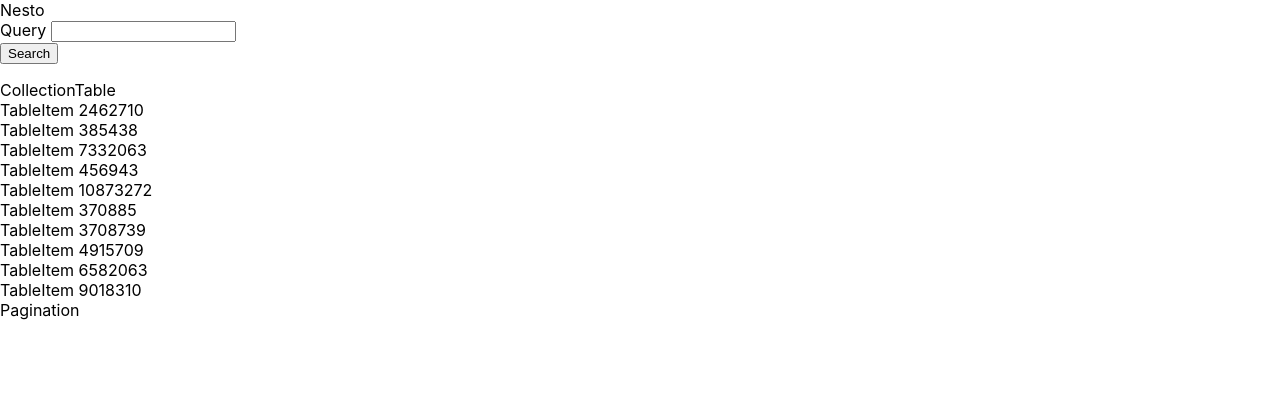
Repository: ivan-baljkas/pristupni_zadatak
Page: / (app in frontend/react-akademija-master/)
These files come from the project's save history. The page is drawn as it stood at one moment and after the next save; the edit follows.
The browser window is 1280 px wide. The pictures show the whole page.
The project was rebuilt for these pictures with package versions that can differ from the ones it lists, and the page was loaded fresh each time.

Above is the page before, as saved 2021-07-21 12:46:44.

### frontend/react-akademija-master/src/App.js
import React from "react";
import { SearchForm } from "./components/SearchForm";
import { CollectionTable } from "./components/CollectionTable";
import { TableItem } from "./components/TableItem";
import { Pagination } from "./components/Pagination";
import data from "./data.json";

const App = () => {
  console.log(data);

  return (
    <div>
      <header>
        Nesto
      </header>
        <SearchForm/>
        <CollectionTable/>
        {data.releases.map(release=>(
          <TableItem id={release.id}/>
        ))}
        <Pagination/>
    </div>
  );
};

export default App;

### frontend/react-akademija-master/src/components/SearchForm.jsx
import React, { Component } from 'react'

export const SearchForm = (props) =>{

    return(
        <div>
            <div>
                <label htmlFor="query">Query </label>
                <input type="text" id="query"/>
            </div>
            <div>
                <button type="button">Search</button>
                <p>{props.children}</p>
            </div>

        </div>
    );
};

### frontend/react-akademija-master/src/components/CollectionTable.jsx
import React, { Component } from 'react'

export const CollectionTable = (props) =>{

    return(
        <div>
            CollectionTable
        </div>
    );
};

### frontend/react-akademija-master/src/components/TableItem.jsx
import React, { Component } from 'react'

export const TableItem = (props) =>{

    return(
        <div>
            TableItem {props.id}
        </div>
    );
};

### frontend/react-akademija-master/src/components/Pagination.jsx
import React, { Component } from 'react'

export const Pagination = (props) =>{

    return(
        <div>
            Pagination
        </div>
    );
};

### frontend/react-akademija-master/src/data.json
{
  "pagination": {
    "page": 1,
    "pages": 26,
    "per_page": 10,
    "items": 255,
    "urls": {
      "first": "https://api.discogs.com/users/adrianmusiccollector/collection/folders/0/releases?per_page=10&page=1",
      "last": "https://api.discogs.com/users/adrianmusiccollector/collection/folders/0/releases?per_page=10&page=26",
      "prev": "https://api.discogs.com/users/adrianmusiccollector/collection/folders/0/releases?per_page=10&page=1",
      "next": "https://api.discogs.com/users/adrianmusiccollector/collection/folders/0/releases?per_page=10&page=3"
    }
  },
  "releases": [
    {
      "id": 2462710,
      "instance_id": 495199692,
      "date_added": "2020-08-04T08:57:28-07:00",
      "rating": 0,
      "basic_information": {
        "id": 2462710,
        "master_id": 28197,
        "master_url": "https://api.discogs.com/masters/28197",
        "resource_url": "https://api.discogs.com/releases/2462710",
        "thumb": "",
        "cover_image": "",
        "title": "Danzig III: How The Gods Kill",
        "year": 0,
        "formats": [
          { "name": "CD", "qty": "1", "descriptions": ["Album", "Reissue"] }
        ],
        "labels": [
          {
            "name": "American Recordings",
            "catno": "491785 2",
            "entity_type": "1",
            "entity_type_name": "Label",
            "id": 2569,
            "resource_url": "https://api.discogs.com/labels/2569"
          },
          {
            "name": "Columbia",
            "catno": "02-491785-10",
            "entity_type": "1",
            "entity_type_name": "Label",
            "id": 1866,
            "resource_url": "https://api.discogs.com/labels/1866"
          }
        ],
        "artists": [
          {
            "name": "Danzig",
            "anv": "",
            "join": "",
            "role": "",
            "tracks": "",
            "id": 217411,
            "resource_url": "https://api.discogs.com/artists/217411"
          }
        ],
        "genres": ["Rock"],
        "styles": ["Blues Rock", "Hard Rock", "Heavy Metal"]
      }
    },
    {
      "id": 385438,
      "instance_id": 495284040,
      "date_added": "2020-08-04T15:46:56-07:00",
      "rating": 0,
      "basic_information": {
        "id": 385438,
        "master_id": 8636,
        "master_url": "https://api.discogs.com/masters/8636",
        "resource_url": "https://api.discogs.com/releases/385438",
        "thumb": "",
        "cover_image": "",
        "title": "For Those About To Rock We Salute You",
        "year": 1994,
        "formats": [
          {
            "name": "CD",
            "qty": "1",
            "descriptions": ["Album", "Reissue", "Remastered"]
          }
        ],
        "labels": [
          {
            "name": "ATCO Records",
            "catno": "7567-92412-2",
            "entity_type": "1",
            "entity_type_name": "Label",
            "id": 3820,
            "resource_url": "https://api.discogs.com/labels/3820"
          }
        ],
        "artists": [
          {
            "name": "AC/DC",
            "anv": "",
            "join": "",
            "role": "",
            "tracks": "",
            "id": 84752,
            "resource_url": "https://api.discogs.com/artists/84752"
          }
        ],
        "genres": ["Rock"],
        "styles": ["Hard Rock"]
      }
    },
    {
      "id": 7332063,
      "instance_id": 495260051,
      "date_added": "2020-08-04T14:14:50-07:00",
      "rating": 0,
      "basic_information": {
        "id": 7332063,
        "master_id": 8580,
        "master_url": "https://api.discogs.com/masters/8580",
        "resource_url": "https://api.discogs.com/releases/7332063",
        "thumb": "",
        "cover_image": "",
        "title": "Live",
        "year": 0,
        "formats": [
          { "name": "CD", "qty": "2", "descriptions": ["Album", "Reissue"] }
        ],
        "labels": [
          {
            "name": "ATCO Records",
            "catno": "7567-92212-2",
            "entity_type": "1",
            "entity_type_name": "Label",
            "id": 3820,
            "resource_url": "https://api.discogs.com/labels/3820"
          },
          {
            "name": "Albert Productions",
            "catno": "7567-92212-2",
            "entity_type": "1",
            "entity_type_name": "Label",
            "id": 33440,
            "resource_url": "https://api.discogs.com/labels/33440"
          }
        ],
        "artists": [
          {
            "name": "AC/DC",
            "anv": "",
            "join": "",
            "role": "",
            "tracks": "",
            "id": 84752,
            "resource_url": "https://api.discogs.com/artists/84752"
          }
        ],
        "genres": ["Rock"],
        "styles": ["Hard Rock", "Rock & Roll"]
      }
    },
    {
      "id": 456943,
      "instance_id": 495284592,
      "date_added": "2020-08-04T15:48:52-07:00",
      "rating": 0,
      "basic_information": {
        "id": 456943,
        "master_id": 8437,
        "master_url": "https://api.discogs.com/masters/8437",
        "resource_url": "https://api.discogs.com/releases/456943",
        "thumb": "",
        "cover_image": "",
        "title": "High Voltage",
        "year": 1994,
        "formats": [
          {
            "name": "CD",
            "qty": "1",
            "descriptions": ["Album", "Reissue", "Remastered"]
          }
        ],
        "labels": [
          {
            "name": "ATCO Records",
            "catno": "7567-92413-2",
            "entity_type": "1",
            "entity_type_name": "Label",
            "id": 3820,
            "resource_url": "https://api.discogs.com/labels/3820"
          },
          {
            "name": "ATCO Records",
            "catno": "92413-2",
            "entity_type": "1",
            "entity_type_name": "Label",
            "id": 3820,
            "resource_url": "https://api.discogs.com/labels/3820"
          }
        ],
        "artists": [
          {
            "name": "AC/DC",
            "anv": "",
            "join": "",
            "role": "",
            "tracks": "",
            "id": 84752,
            "resource_url": "https://api.discogs.com/artists/84752"
          }
        ],
        "genres": ["Rock"],
        "styles": ["Hard Rock"]
      }
    },
    {
      "id": 10873272,
      "instance_id": 719463895,
      "date_added": "2021-05-31T11:07:58-07:00",
      "rating": 0,
      "basic_information": {
        "id": 10873272,
        "master_id": 315130,
        "master_url": "https://api.discogs.com/masters/315130",
        "resource_url": "https://api.discogs.com/releases/10873272",
        "thumb": "",
        "cover_image": "",
        "title": "Lightning Strikes",
        "year": 1986,
        "formats": [{ "name": "CD", "qty": "1", "descriptions": ["Album"] }],
        "labels": [
          {
            "name": "ATCO Records",
            "catno": "790 512-2",
            "entity_type": "1",
            "entity_type_name": "Label",
            "id": 3820,
            "resource_url": "https://api.discogs.com/labels/3820"
          },
          {
            "name": "ATCO Records",
            "catno": "90512-2",
            "entity_type": "1",
            "entity_type_name": "Label",
            "id": 3820,
            "resource_url": "https://api.discogs.com/labels/3820"
          }
        ],
        "artists": [
          {
            "name": "Loudness (5)",
            "anv": "",
            "join": "",
            "role": "",
            "tracks": "",
            "id": 594808,
            "resource_url": "https://api.discogs.com/artists/594808"
          }
        ],
        "genres": ["Rock"],
        "styles": ["Hard Rock", "Heavy Metal"]
      }
    },
    {
      "id": 370885,
      "instance_id": 495193819,
      "date_added": "2020-08-04T08:15:48-07:00",
      "rating": 0,
      "basic_information": {
        "id": 370885,
        "master_id": 8670,
        "master_url": "https://api.discogs.com/masters/8670",
        "resource_url": "https://api.discogs.com/releases/370885",
        "thumb": "",
        "cover_image": "",
        "title": "The Razors Edge",
        "year": 1990,
        "formats": [{ "name": "CD", "qty": "1", "descriptions": ["Album"] }],
        "labels": [
          {
            "name": "ATCO Records",
            "catno": "7567-91413-2",
            "entity_type": "1",
            "entity_type_name": "Label",
            "id": 3820,
            "resource_url": "https://api.discogs.com/labels/3820"
          },
          {
            "name": "ATCO Records",
            "catno": "7567-91413-2 YS",
            "entity_type": "1",
            "entity_type_name": "Label",
            "id": 3820,
            "resource_url": "https://api.discogs.com/labels/3820"
          },
          {
            "name": "Albert Productions",
            "catno": "7567-91413-2",
            "entity_type": "1",
            "entity_type_name": "Label",
            "id": 33440,
            "resource_url": "https://api.discogs.com/labels/33440"
          },
          {
            "name": "Albert Productions",
            "catno": "7567-91413-2 YS",
            "entity_type": "1",
            "entity_type_name": "Label",
            "id": 33440,
            "resource_url": "https://api.discogs.com/labels/33440"
          }
        ],
        "artists": [
          {
            "name": "AC/DC",
            "anv": "",
            "join": "",
            "role": "",
            "tracks": "",
            "id": 84752,
            "resource_url": "https://api.discogs.com/artists/84752"
          }
        ],
        "genres": ["Rock"],
        "styles": ["Hard Rock"]
      }
    },
    {
      "id": 3708739,
      "instance_id": 659792917,
      "date_added": "2021-04-01T02:51:07-07:00",
      "rating": 0,
      "basic_information": {
        "id": 3708739,
        "master_id": 451115,
        "master_url": "https://api.discogs.com/masters/451115",
        "resource_url": "https://api.discogs.com/releases/3708739",
        "thumb": "",
        "cover_image": "",
        "title": "Loudness",
        "year": 1992,
        "formats": [{ "name": "CD", "qty": "1", "descriptions": ["Album"] }],
        "labels": [
          {
            "name": "ATCO Records",
            "catno": "WPCL-657",
            "entity_type": "1",
            "entity_type_name": "Label",
            "id": 3820,
            "resource_url": "https://api.discogs.com/labels/3820"
          },
          {
            "name": "Warner Music Japan",
            "catno": "WPCL-657",
            "entity_type": "1",
            "entity_type_name": "Label",
            "id": 52253,
            "resource_url": "https://api.discogs.com/labels/52253"
          }
        ],
        "artists": [
          {
            "name": "Loudness (5)",
            "anv": "",
            "join": "",
            "role": "",
            "tracks": "",
            "id": 594808,
            "resource_url": "https://api.discogs.com/artists/594808"
          }
        ],
        "genres": ["Rock"],
        "styles": ["Speed Metal", "Hard Rock", "Heavy Metal"]
      }
    },
    {
      "id": 4915709,
      "instance_id": 495258801,
      "date_added": "2020-08-04T14:09:39-07:00",
      "rating": 0,
      "basic_information": {
        "id": 4915709,
        "master_id": 578071,
        "master_url": "https://api.discogs.com/masters/578071",
        "resource_url": "https://api.discogs.com/releases/4915709",
        "thumb": "",
        "cover_image": "",
        "title": "Operation Mindcrime + Queen Of The Reich ",
        "year": 1999,
        "formats": [
          {
            "name": "CD",
            "qty": "2",
            "text": "Media book",
            "descriptions": [
              "Compilation",
              "Deluxe Edition",
              "Reissue",
              "Remastered"
            ]
          }
        ],
        "labels": [
          {
            "name": "Axe Killer Records",
            "catno": "3052182",
            "entity_type": "1",
            "entity_type_name": "Label",
            "id": 83934,
            "resource_url": "https://api.discogs.com/labels/83934"
          },
          {
            "name": "Axe Killer Records",
            "catno": "Wag 351",
            "entity_type": "1",
            "entity_type_name": "Label",
            "id": 83934,
            "resource_url": "https://api.discogs.com/labels/83934"
          }
        ],
        "artists": [
          {
            "name": "Queensr\u00ffche",
            "anv": "",
            "join": "",
            "role": "",
            "tracks": "",
            "id": 255363,
            "resource_url": "https://api.discogs.com/artists/255363"
          }
        ],
        "genres": ["Rock"],
        "styles": ["Heavy Metal"]
      }
    },
    {
      "id": 6582063,
      "instance_id": 495262219,
      "date_added": "2020-08-04T14:24:02-07:00",
      "rating": 0,
      "basic_information": {
        "id": 6582063,
        "master_id": 29521,
        "master_url": "https://api.discogs.com/masters/29521",
        "resource_url": "https://api.discogs.com/releases/6582063",
        "thumb": "",
        "cover_image": "",
        "title": "Metal Heart",
        "year": 0,
        "formats": [
          {
            "name": "CD",
            "qty": "1",
            "descriptions": ["Album", "Reissue", "Remastered", "Repress"]
          }
        ],
        "labels": [
          {
            "name": "BMG",
            "catno": "74321 93213 2",
            "entity_type": "1",
            "entity_type_name": "Label",
            "id": 1003,
            "resource_url": "https://api.discogs.com/labels/1003"
          },
          {
            "name": "RCA",
            "catno": "74321 93213 2",
            "entity_type": "1",
            "entity_type_name": "Label",
            "id": 895,
            "resource_url": "https://api.discogs.com/labels/895"
          },
          {
            "name": "Musicline.de",
            "catno": "74321 93213 2",
            "entity_type": "1",
            "entity_type_name": "Label",
            "id": 651772,
            "resource_url": "https://api.discogs.com/labels/651772"
          }
        ],
        "artists": [
          {
            "name": "Accept",
            "anv": "",
            "join": "",
            "role": "",
            "tracks": "",
            "id": 271475,
            "resource_url": "https://api.discogs.com/artists/271475"
          }
        ],
        "genres": ["Rock"],
        "styles": ["Heavy Metal"]
      }
    },
    {
      "id": 9018310,
      "instance_id": 495282966,
      "date_added": "2020-08-04T15:43:26-07:00",
      "rating": 0,
      "basic_information": {
        "id": 9018310,
        "master_id": 4844,
        "master_url": "https://api.discogs.com/masters/4844",
        "resource_url": "https://api.discogs.com/releases/9018310",
        "thumb": "",
        "cover_image": "",
        "title": "Master Of Reality",
        "year": 2014,
        "formats": [
          {
            "name": "CD",
            "qty": "1",
            "text": "Digipak",
            "descriptions": ["Album", "Reissue", "Remastered"]
          }
        ],
        "labels": [
          {
            "name": "BMG",
            "catno": "2730325",
            "entity_type": "1",
            "entity_type_name": "Label",
            "id": 1003,
            "resource_url": "https://api.discogs.com/labels/1003"
          },
          {
            "name": "Sanctuary",
            "catno": "2730325",
            "entity_type": "1",
            "entity_type_name": "Label",
            "id": 28233,
            "resource_url": "https://api.discogs.com/labels/28233"
          }
        ],
        "artists": [
          {
            "name": "Black Sabbath",
            "anv": "",
            "join": "",
            "role": "",
            "tracks": "",
            "id": 144998,
            "resource_url": "https://api.discogs.com/artists/144998"
          }
        ],
        "genres": ["Rock"],
        "styles": ["Hard Rock", "Heavy Metal"]
      }
    }
  ]
}

Loaded but not shown: frontend/react-akademija-master/public/index.html (common file); frontend/react-akademija-master/src/index.js (common file); frontend/react-akademija-master/src/index.css (common file); frontend/react-akademija-master/src/reportWebVitals.js (common file)

After the next save:
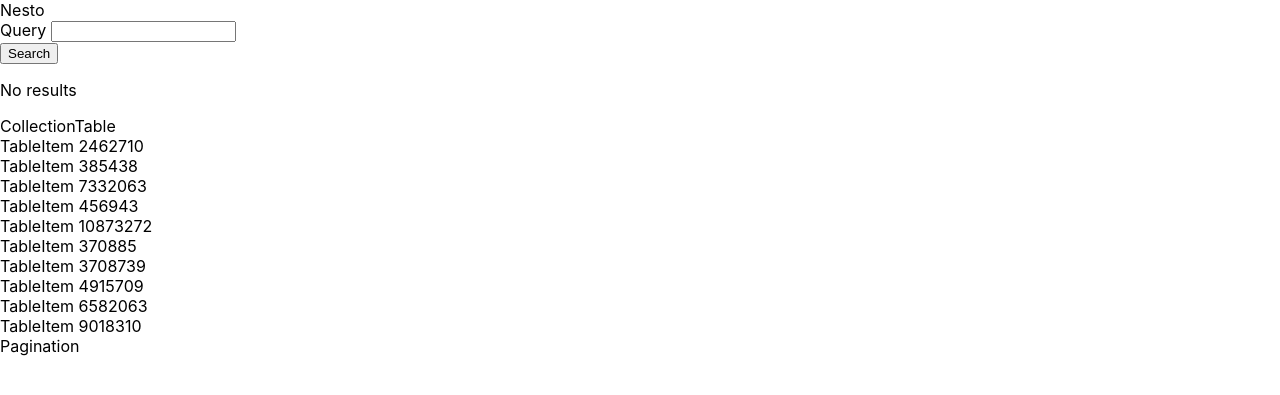
Saved 26 s later.
--- a/frontend/react-akademija-master/src/App.js
+++ b/frontend/react-akademija-master/src/App.js
@@ -13,7 +13,9 @@ const App = () => {
       <header>
         Nesto
       </header>
-        <SearchForm/>
+        <SearchForm>
+          No results
+        </SearchForm>
         <CollectionTable/>
         {data.releases.map(release=>(
           <TableItem id={release.id}/>
